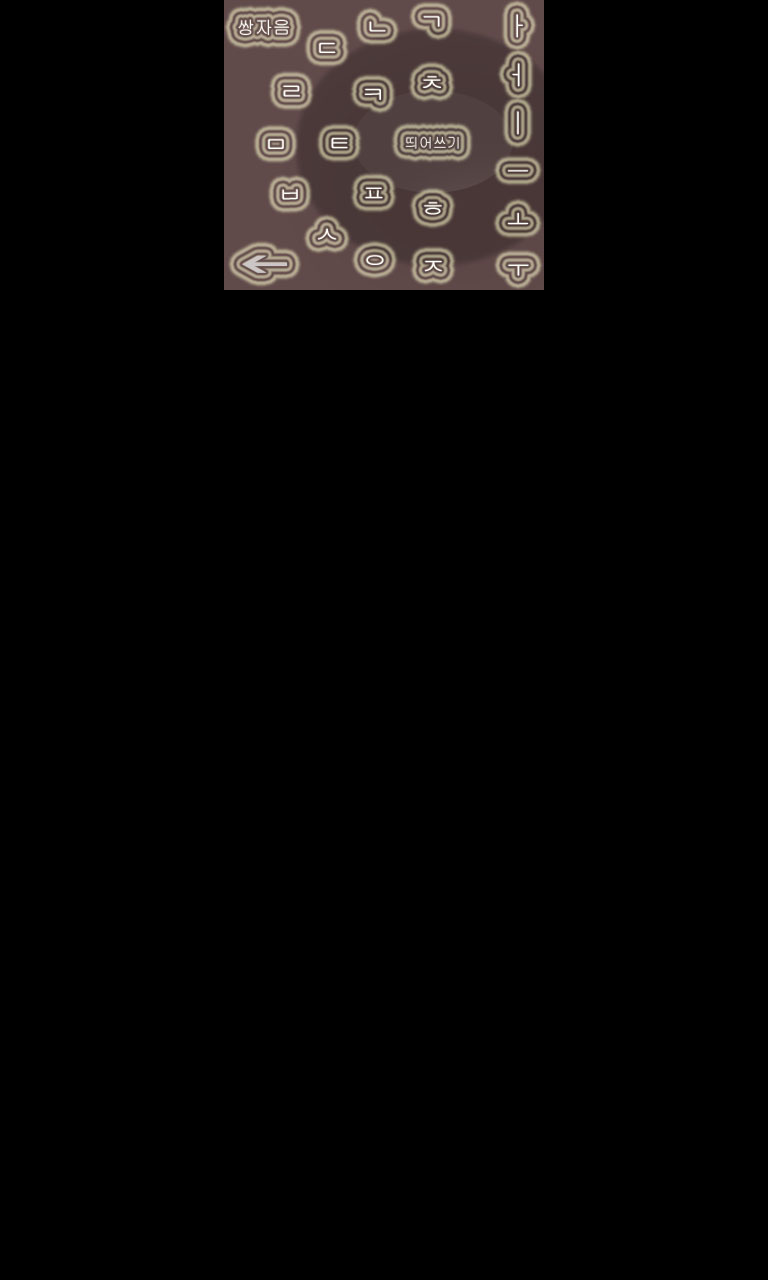
Repository: sjy2090/ManqlKorean
Layout: Bear/res/layout/main.xml
These files come from the project's save history. The layout is drawn as it stood at one moment and after the next save; the edit follows.
It is drawn on a 768 x 1280 px phone screen (xhdpi) without system bars, with theme android:Theme.Holo; the app's code is not run.

Above is the layout before, as saved 2012-05-30 06:19:43.

### Bear/res/layout/main.xml
<?xml version="1.0" encoding="utf-8"?>
<LinearLayout xmlns:android="http://schemas.android.com/apk/res/android"
    android:layout_width="fill_parent"
    android:layout_height="fill_parent"
    android:orientation="vertical" >

    <ImageView android:id="@+id/icccon"
        android:layout_width="fill_parent"
        android:layout_height="wrap_content"
        android:layout_gravity="bottom"
        android:src="@drawable/korean_keyboard"
        />

</LinearLayout>

After the next save:
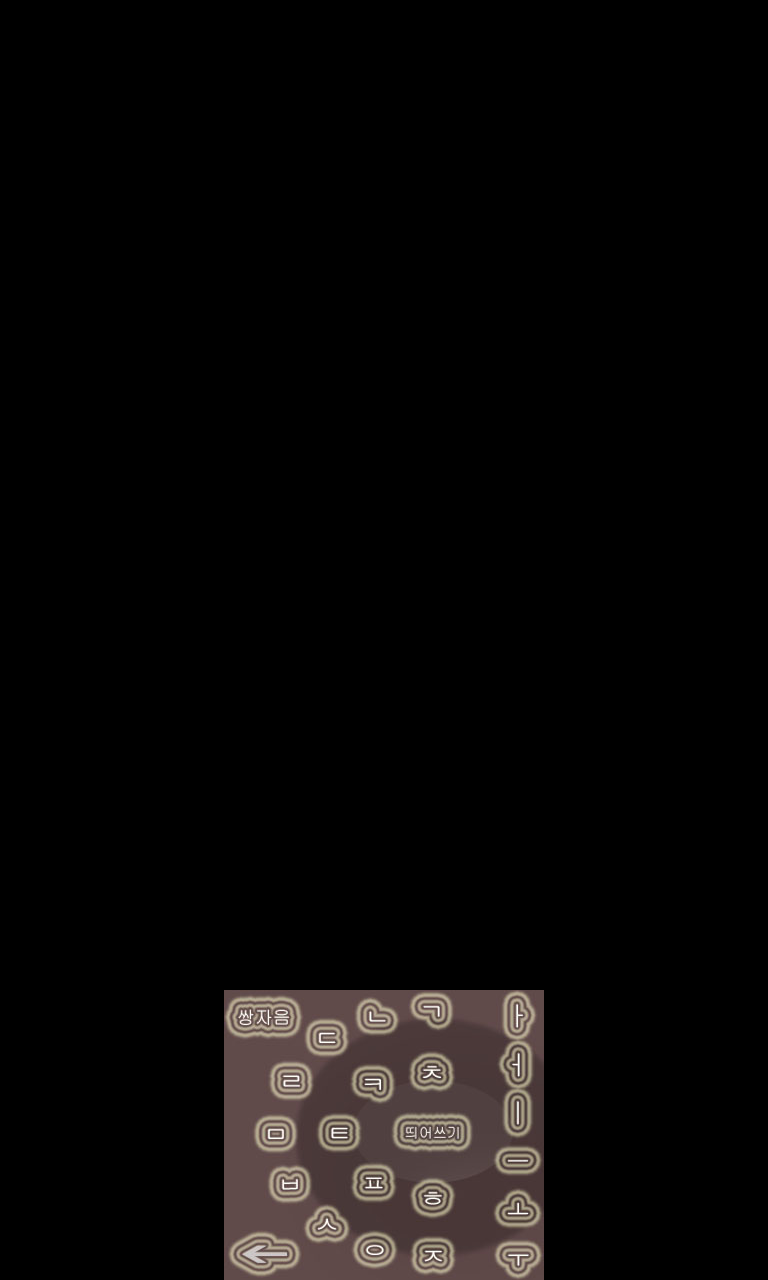
Saved 73 s later.
--- a/Bear/res/layout/main.xml
+++ b/Bear/res/layout/main.xml
@@ -4,11 +4,17 @@
     android:layout_height="fill_parent"
     android:orientation="vertical" >
 
+    <LinearLayout
+        android:layout_width="fill_parent"
+        android:layout_height = "fill_parent"
+        android:gravity="bottom"
+        >
     <ImageView android:id="@+id/icccon"
         android:layout_width="fill_parent"
         android:layout_height="wrap_content"
         android:layout_gravity="bottom"
         android:src="@drawable/korean_keyboard"
         />
+    </LinearLayout>
 
 </LinearLayout>
